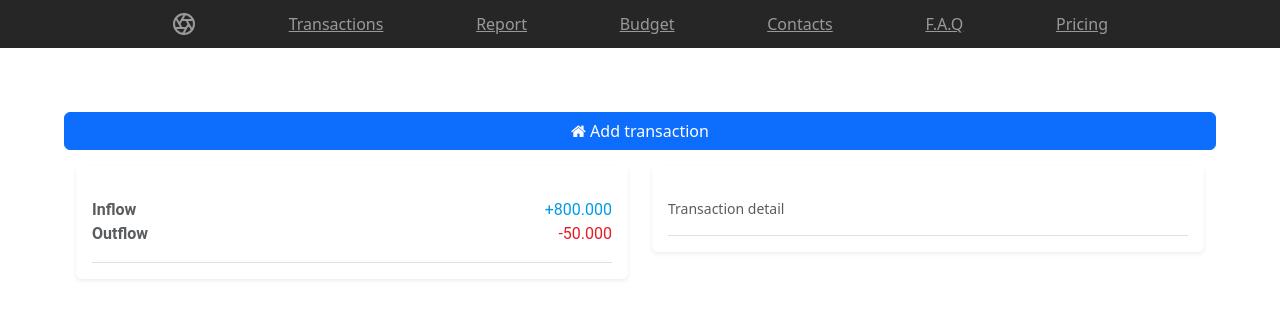
Repository: Nuriddinkhuja/budget-app-advanced
Page: index.html
These files come from the project's save history. The page is drawn as it stood at one moment and after the next save; the edit follows.
The browser window is 1280 px wide. The pictures show the whole page.
Some web libraries are served in a nearby version.

Above is the page before, as saved 2019-12-18 14:59:42.

After the next save:
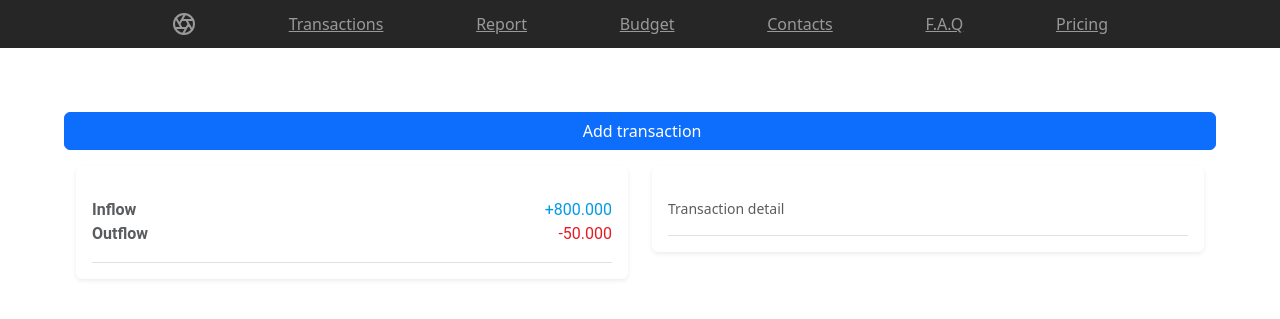
Saved 17 s later.
--- a/index.html
+++ b/index.html
@@ -24,7 +24,7 @@
     </nav>
     <div class="container-flow">
         <div class="row p-3 p-md-5 m-md-3">
-            <button class="btn btn-primary"><i class="fa fa-home"></i> Add transaction</button>
+            <button class="btn btn-primary"><i class="fa fa-add"></i> Add transaction</button>
             <div class="col-sm">
                 <div class="my-3 p-3 bg-white rounded shadow-sm">
                     <div class="media text-muted pt-3">
